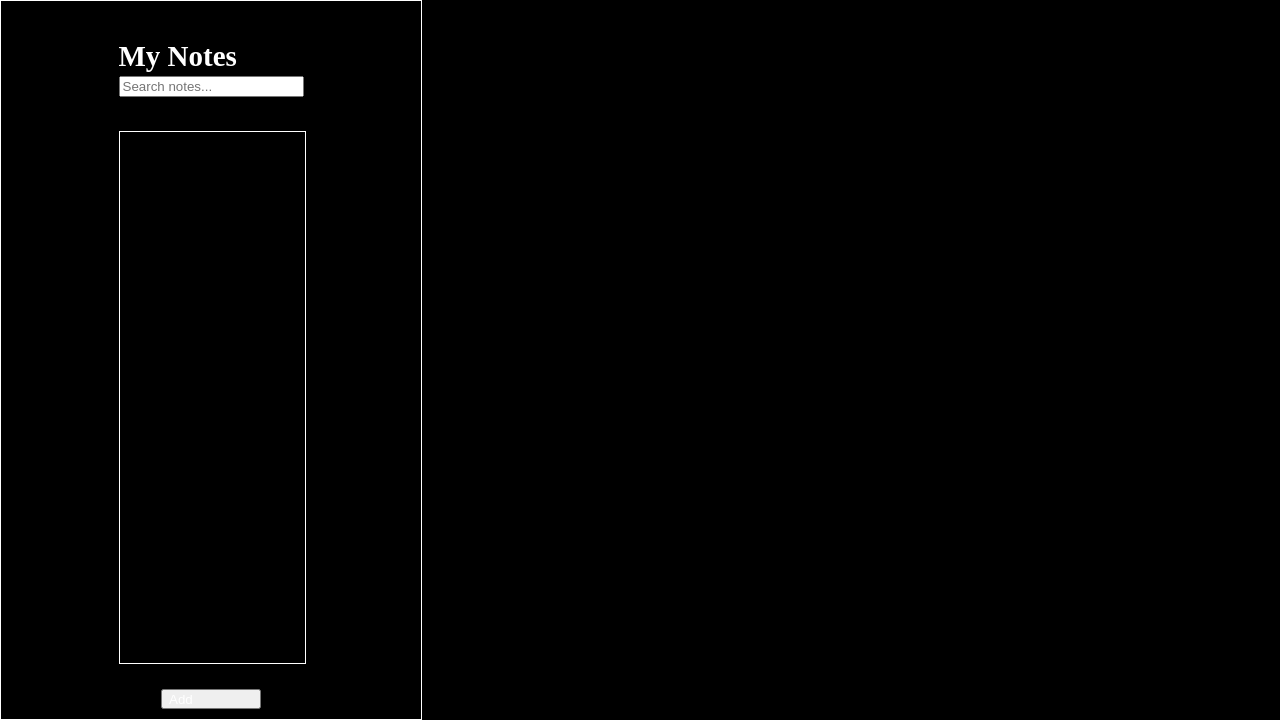
Repository: dmpelaez/myNotes
Page: QuickNotes.html
The author's editor kept a copy of each file at every save. The page is drawn from the files as they stood at one save, then again after the next save.
The browser window is 1280 px wide. The pictures show the whole page.

Above is the page before, as saved 2025-12-18 20:40:16.

After the next save:
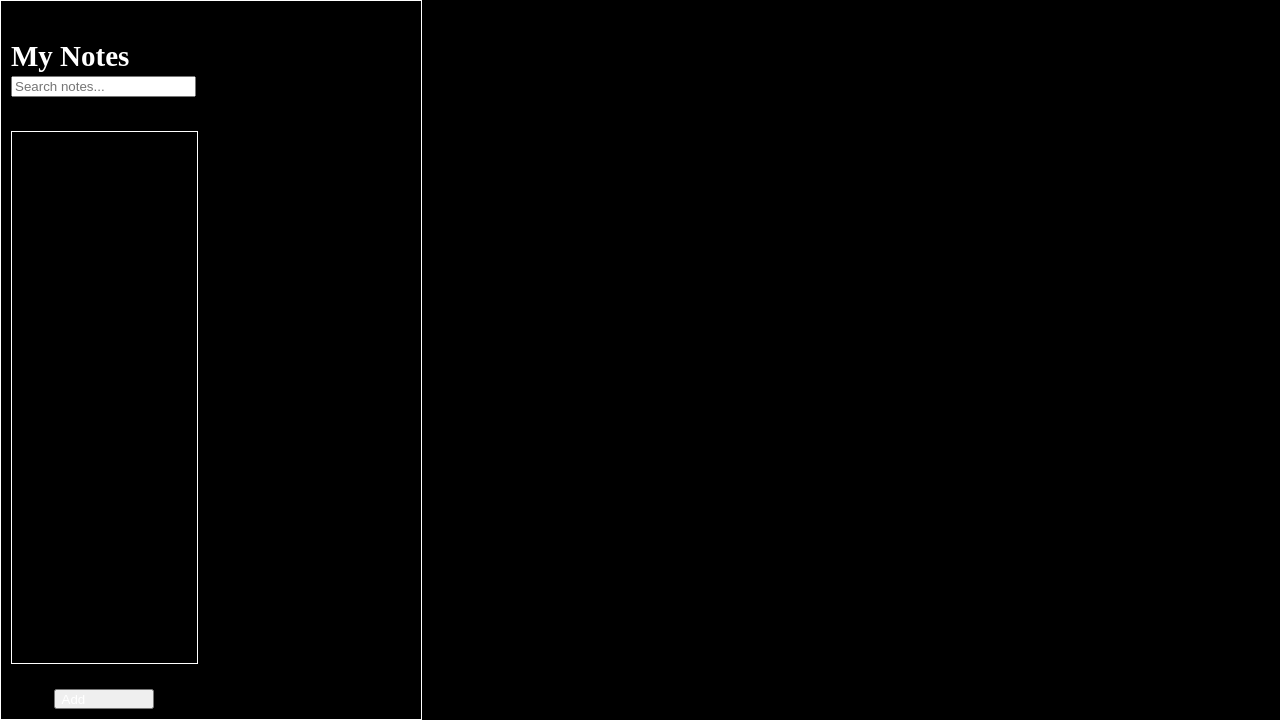
Saved 5 s later.
--- a/QuickNotes.css
+++ b/QuickNotes.css
@@ -17,7 +17,7 @@ body {
   grid-template-rows: 40px 30px 1fr 20px;
   padding: 10px;
   gap: 25px;
-  justify-content: center;
+  justify-content: start;
 }
 .note-list {
   border: 1px solid white;
